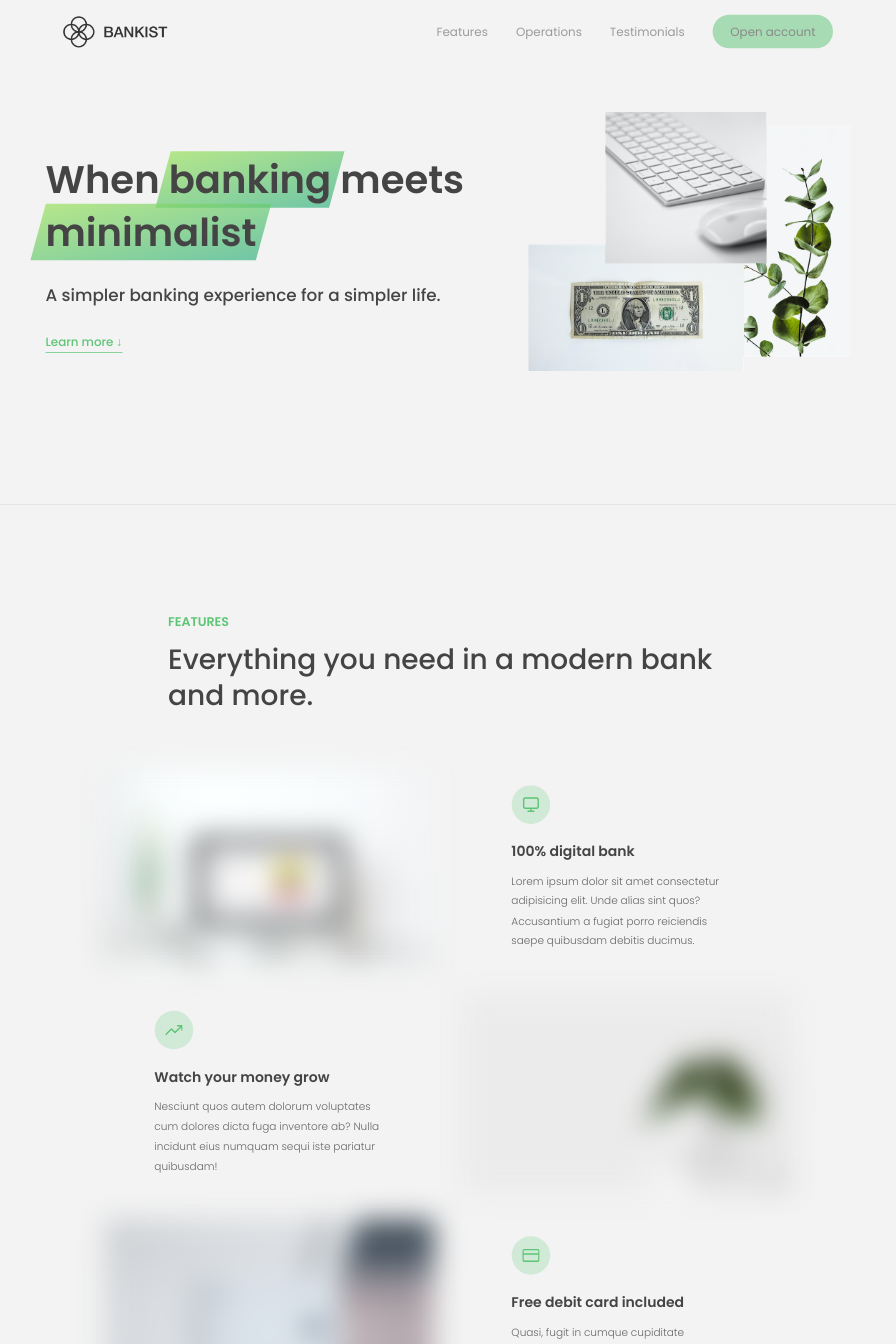
Repository: jiahow99/Javascript-Dom-Udemy
Page: index.html
An editor plug-in stored every save of this project. The page is shown before and after the next save, followed by the edit.
The browser window is 1280 px wide. The pictures show the part of the page from y = 0 to 1920 px (the page is 4881 px tall), at 70% of full size.
The pointer rests on the first visible `.nav`.

Above is the page before, as saved 2023-02-01 01:08:47.

After the next save:
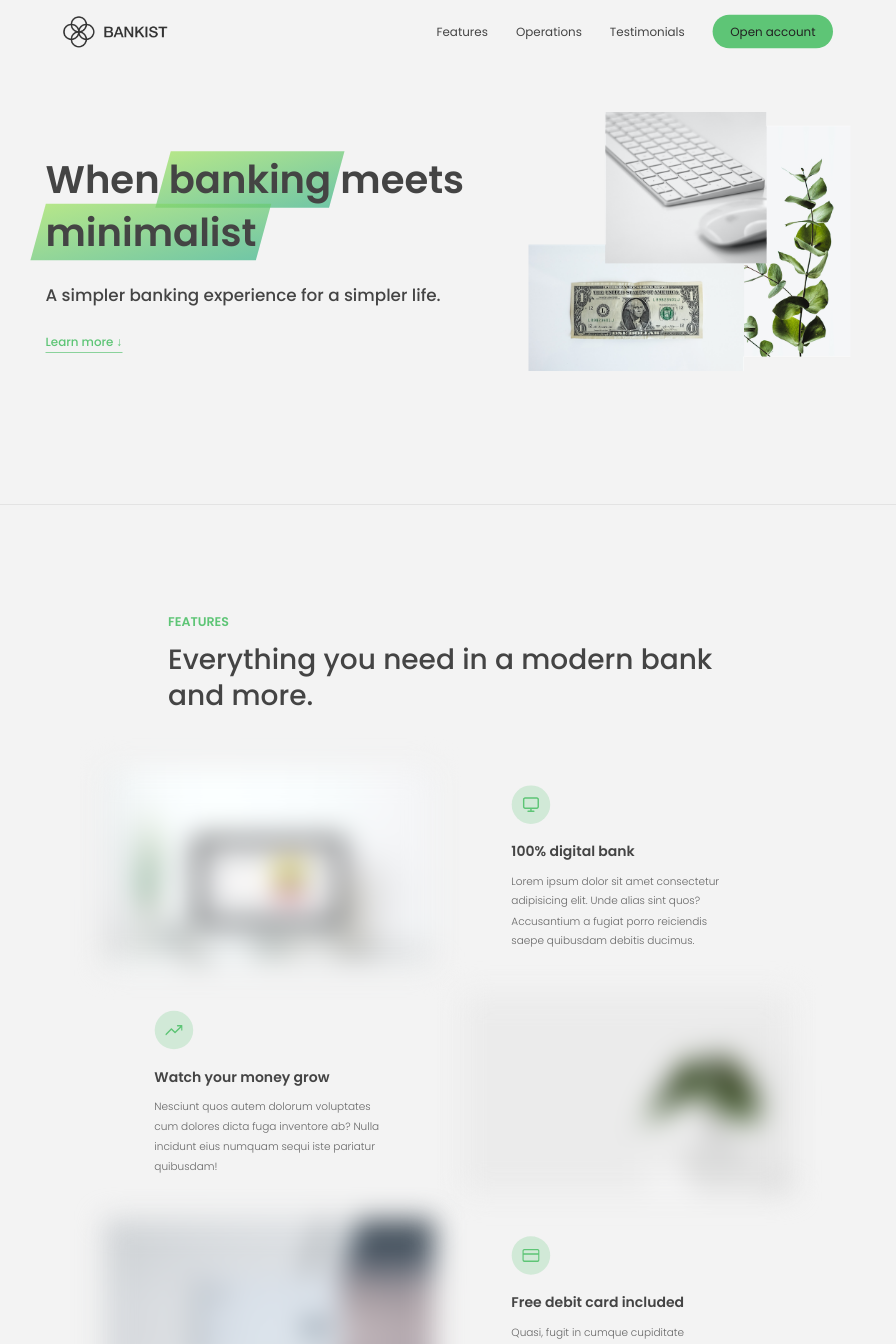
Saved 4 s later.
--- a/style.css
+++ b/style.css
@@ -124,7 +124,7 @@
   z-index: 100;
 }
 
-.nav:hover:not(.btn-open-acc) .nav__item a {
+.nav:hover .nav__item a :not(.btn-open-acc){
   opacity: 0.5;
 }
 
